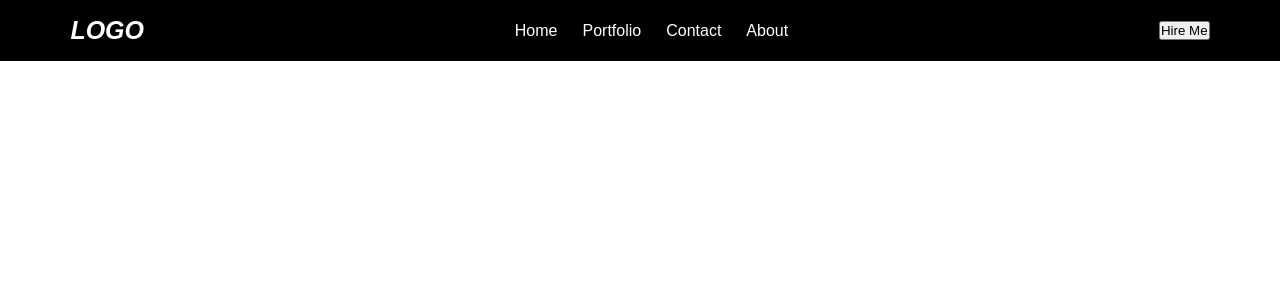
Repository: DevAntonioRogers/vanilla-responsive-navbar
Page: index.html
The author's editor kept a copy of each file at every save. The page is drawn from the files as they stood at one save, then again after the next save.
The browser window is 1280 px wide. The pictures show the whole page.
Some web fonts or font styles are not loaded; a fallback is used.

Above is the page before, as saved 2023-06-04 21:20:14.
Console error: TypeError: Cannot read properties of null (reading 'addEventListener')

### index.html
<!DOCTYPE html>
<html lang="en">
  <head>
    <meta charset="UTF-8" />
    <meta http-equiv="X-UA-Compatible" content="IE=edge" />
    <meta
      name="viewport"
      content="width=device-width, initial-scale=1.
    0"
    />
    <link rel="stylesheet" href="style.css" />
    <title>Document</title>
  </head>
  <body>
    <nav>
      <div class="nav-container">
        <h1>Logo</h1>

        <ul class="nav-menu">
          <li>Home</li>
          <li>Portfolio</li>
          <li>Contact</li>
          <li>About</li>
        </ul>

        <button>Hire Me</button>
      </div>
    </nav>
    <script src="app.js"></script>
  </body>
</html>

### style.css
@import url("https://fonts.googleapis.com/css2?family=Geologica:wght@400;500;700;800&display=swap");

* {
  box-sizing: border-box;
  padding: 0;
  margin: 0;
  font-family: Geologica, sans-serif;
}

a {
  text-decoration: none;
}

li {
  list-style: none;
}

nav {
  background-color: black;
}

.nav-container {
  background-color: inherit;
  color: white;
  padding: 1rem 0;
  width: 89%;
  margin: auto;
  display: flex;
  align-items: center;
  justify-content: space-between;
}

.nav-container h1 {
  font-size: 25px;
  text-transform: uppercase;
  font-style: italic;
}

.nav-menu {
  display: flex;
  gap: 25px;
}

### app.js
const hamburger = document.querySelector('.hamburger')
const navMenu = document.querySelector('.nav-menu')

hamburger.addEventListener('click', () => {
  hamburger.classList.toggle('active')
  navMenu.classList.toggle('active')
})




const textToType = ["JavaScript.", "React.", "HTML.", "CSS."];
let currentIndex = 0;
let currentText = "";
let deleting = false;

function typeText() {
  if (currentIndex >= textToType.length) {
    currentIndex = 0;
  }

  currentText = deleting
    ? textToType[currentIndex].substring(0, currentText.length - 1)
    : textToType[currentIndex].substring(0, currentText.length + 1);

  document.getElementById("typing-text").textContent = currentText;

  if (!deleting && currentText === textToType[currentIndex]) {
    deleting = true;
    setTimeout(typeText, 1000);
  } else if (deleting && currentText === "") {
    deleting = false;
    currentIndex++;
    setTimeout(typeText, 500);
  } else {
    setTimeout(typeText, deleting ? 100 : 200);
  }
}

typeText();

After the next save:
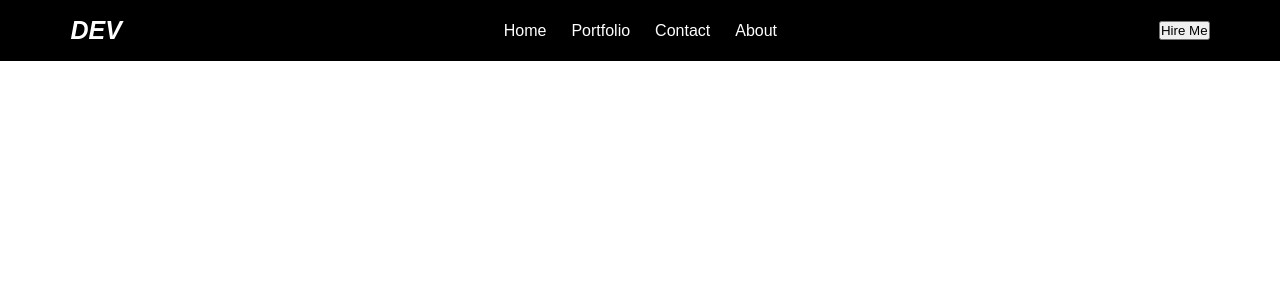
Saved 12 s later.
--- a/index.html
+++ b/index.html
@@ -14,7 +14,7 @@
   <body>
     <nav>
       <div class="nav-container">
-        <h1>Logo</h1>
+        <h1>Dev</h1>
 
         <ul class="nav-menu">
           <li>Home</li>
